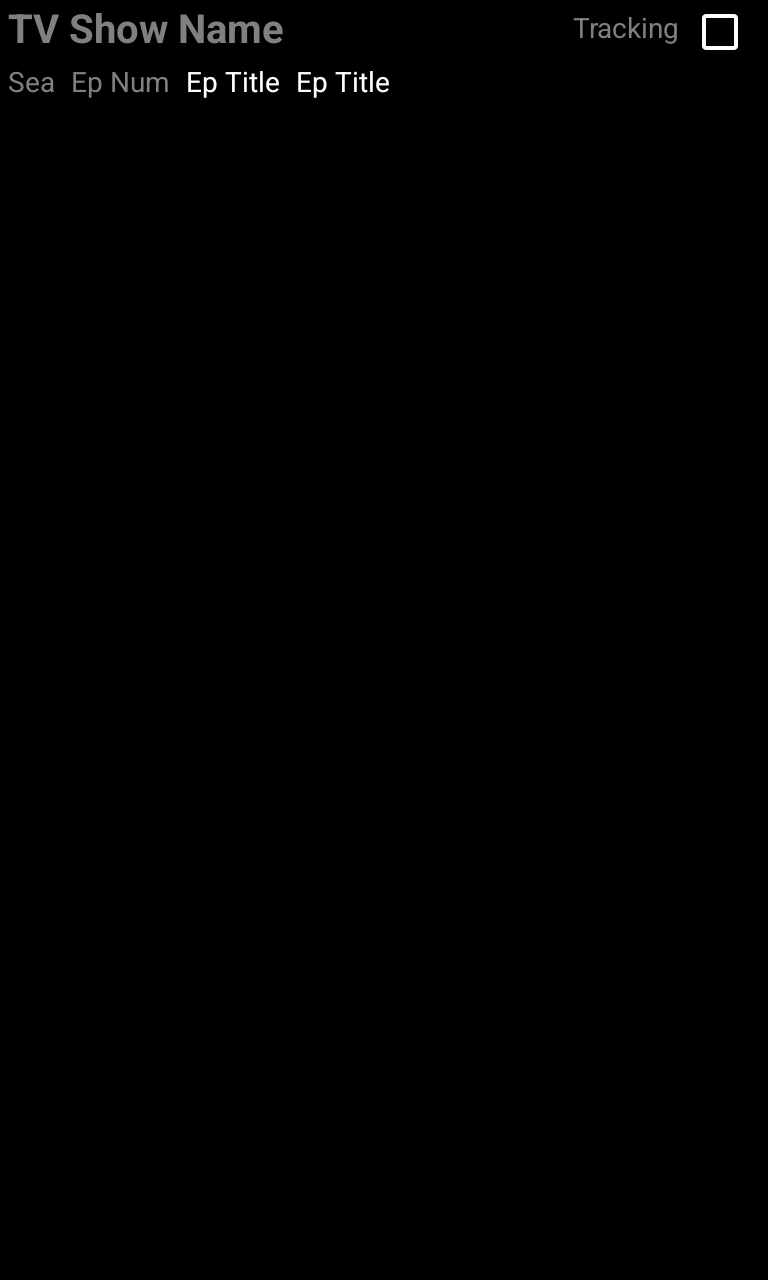
Repository: Jeedan/learning-android-apps
Layout: TvShowTracker/res/layout/list_item_tvshow.xml
The author's editor kept a copy of each file at every save. The layout is drawn from the files as they stood at one save, then again after the next save.
It is drawn on a 768 x 1280 px phone screen (xhdpi) without system bars, with theme AppTheme; the app's code is not run. The app's manifest (not shown) leaves right-to-left support off. So textAlignment, textDirection and layoutDirection are ignored, and left and right values win over start and end ones.

Above is the layout before, as saved 2014-11-01 10:54:07.

After the next save:
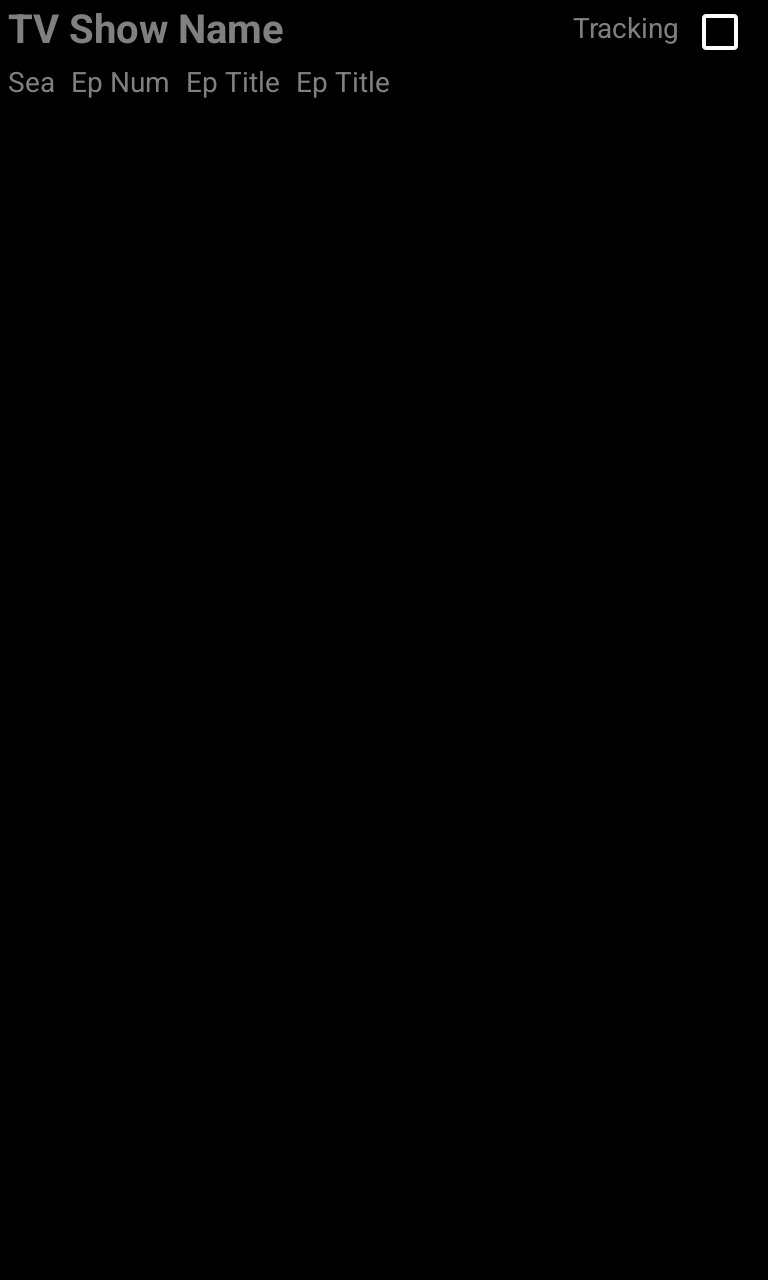
Saved 7 s later.
--- a/TvShowTracker/res/layout/list_item_tvshow.xml
+++ b/TvShowTracker/res/layout/list_item_tvshow.xml
@@ -72,7 +72,7 @@
         android:layout_toEndOf="@id/tv_show_episode_number_text_view"
         android:layout_toRightOf="@id/tv_show_episode_number_text_view"
         android:text="@string/tv_show_episode_title"
-        android:textColor="@android:color/background_light"/>
+        android:textColor="@android:color/tertiary_text_light"/>
 
 	<TextView
         android:id="@+id/show_release_date"
@@ -85,6 +85,6 @@
         android:layout_toEndOf="@id/tv_show_episode_text_view"
         android:layout_toRightOf="@id/tv_show_episode_text_view"
         android:text="@string/tv_show_episode_title"
-        android:textColor="@android:color/background_light"/>
+        android:textColor="@android:color/tertiary_text_light"/>
 
 </RelativeLayout>
